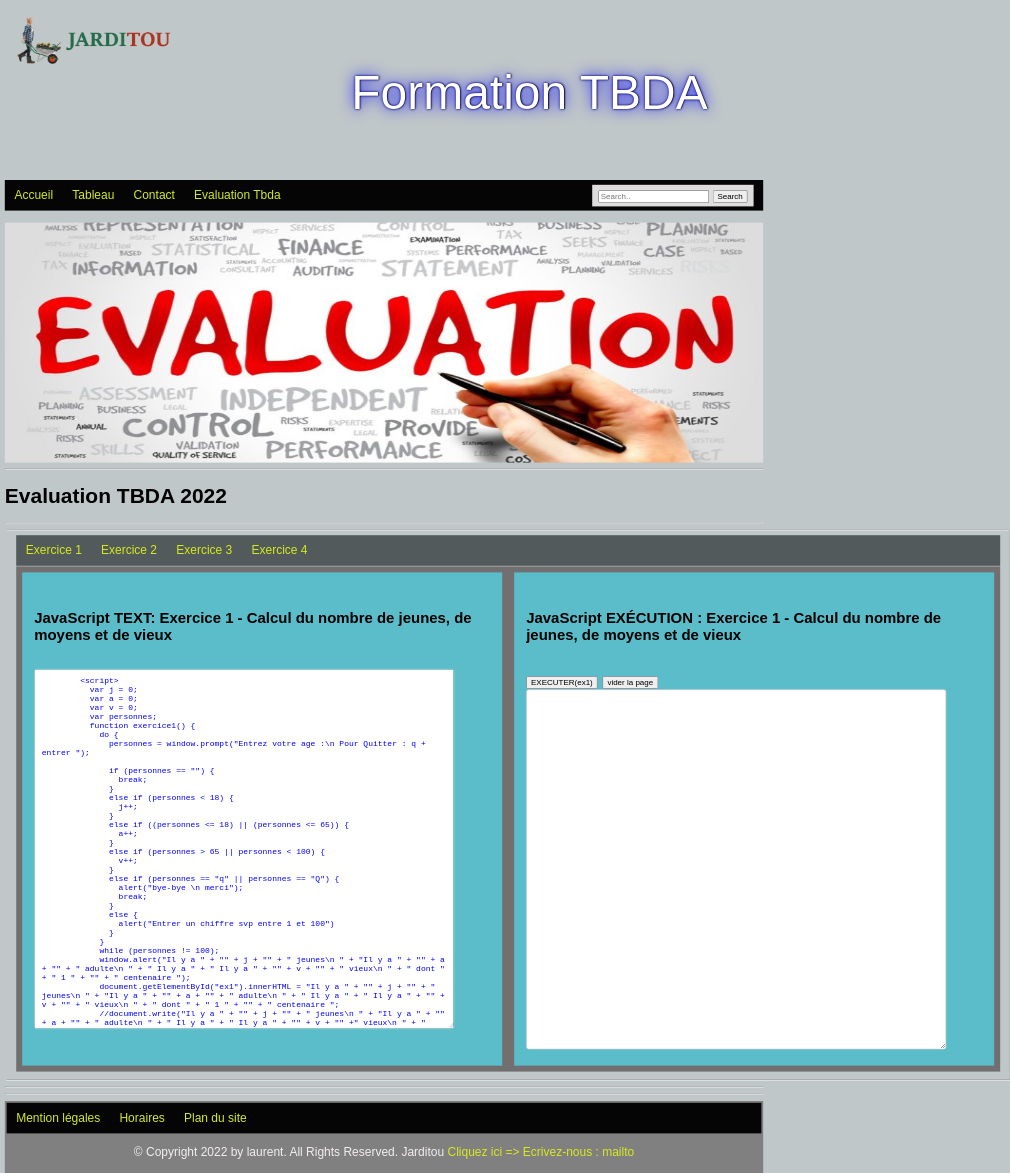
Repository: laurentbul/jarditou
Page: javascript/EvaluationTbda/eval_ex1.html
An editor plug-in stored every save of this project. The page is shown before and after the next save, followed by the edit.
The browser window is 1280 px wide. The page is 1684 px wide, so the pictures cover 1684 px, including what lies to the right of the window. The pictures show the whole page, at 60% of full size.
An inner scrolling area shows only its first screen.

Above is the page before, as saved 2022-12-15 04:42:35.

### javascript/EvaluationTbda/eval_ex1.html
<!DOCTYPE html>
<html lang="fr">

<head>
  <meta charset="UTF-8">
  <meta http-equiv="X-UA-Compatible" content="IE=edge">
  <meta name="viewport" content="width=device-width, initial-scale=1.0">
  <title>cours exercices HTML</title>
  <link rel="stylesheet" href="../assets/css/style.css" />

  <style>
    .flex-container2 {
      display: flex;
      background-color: rgb(114, 111, 113);
      justify-content: center;
    }

    .flex-container2>div {
      background-color: #5cbdca;
      margin: 10px;
      padding: 20px;
      font-size: 30px;
      width: 800px;
    }
  </style>
</head>

<body>
  <div class="flex-container">
    <div class="logo"><img src="../assets/img/jarditou_logo.png" alt="jarditou logo" title="jarditou logo"
        height="80" />
    </div>
    <div>
      <p class="slogan">Formation TBDA </p>
    </div>
  </div>
  <nav>
    <ul>
      <li><a href="../index.html">Accueil</a></li>
      <li><a href="../table.html">Tableau</a></li>
      <li><a href="../contact.html">Contact</a></li>
      <li><a href="../EvaluationTbda/evaluation_tbda.html">Evaluation Tbda</a></li>
      <li class="search-container">
        <div>
          <form action="/action_page.php">
            <input type="text" class="searchinput" placeholder="Search.." name="search" />
            <button type="submit">Search</button>
          </form>
        </div>
      </li>
    </ul>
  </nav>

  <img src="../assets/img/evaluation2.jpg" width="500" height="400" alt="qu'est ce que html" class="imgpromotion"
    title="promotion jarditou" />
  <hr />
  <h1>Evaluation TBDA 2022</h1>
  <hr>
  <fieldset>
    <nav style="padding:1px 0; font-size:20px;">
      <ul style="background-color: #525a5b;">
        <li><a href="eval_ex1.html">Exercice 1 </a></li>
        <li><a href="eval_ex2.html">Exercice 2 </a></li>
        <li><a href="eval_ex3.html">Exercice 3</a></li>
        <li><a href="eval_ex4.html">Exercice 4</a></li>
        </li>
      </ul>
    </nav>
    <div class="flex-container2">
      <div id="code">
        <h5>JavaScript TEXT: Exercice 1 - Calcul du nombre de jeunes, de moyens et de vieux</h5>
        <textarea style="height: 600px;width: 700px; color: blue;">
        <script>
          var j = 0;
          var a = 0;
          var v = 0;
          var personnes;
          function exercice1() {
            do {
              personnes = window.prompt("Entrez votre age :\n Pour Quitter : q + entrer ");

              if (personnes == "") {
                break;
              }
              else if (personnes < 18) {
                j++;
              }
              else if ((personnes <= 18) || (personnes <= 65)) {
                a++;
              }
              else if (personnes > 65 || personnes < 100) {
                v++;
              }
              else if (personnes == "q" || personnes == "Q") {
                alert("bye-bye \n merci");
                break;
              }
              else {
                alert("Entrer un chiffre svp entre 1 et 100")
              }
            }
            while (personnes != 100);
            window.alert("Il y a " + "" + j + "" + " jeunes\n " + "Il y a " + "" + a + "" + " adulte\n " + " Il y a " + " Il y a " + "" + v + "" + " vieux\n " + " dont " + " 1 " + "" + " centenaire ");
            document.getElementById("ex1").innerHTML = "Il y a " + "" + j + "" + " jeunes\n " + "Il y a " + "" + a + "" + " adulte\n " + " Il y a " + " Il y a " + "" + v + "" + " vieux\n " + " dont " + " 1 " + "" + " centenaire ";
            //document.write("Il y a " + "" + j + "" + " jeunes\n " + "Il y a " + "" + a + "" + " adulte\n " + " Il y a " + " Il y a " + "" + v + "" +" vieux\n " + " dont "+ " 1 " + "" + " centenaire ");
          }
          function myFunction() {
            location.reload();
          }
          function reset() {
            document.getElementById("myForm").reset();
          }
        </script>
    </textarea>
      </div>
      <div>
        <h5>JavaScript EXÉCUTION : Exercice 1 - Calcul du nombre de jeunes, de moyens et de vieux</h5>
        <input type="button" onclick="exercice1()" value="EXECUTER(ex1)">
        <input type="button" onclick="myFunction()" value="vider la page">

        <textarea id="ex1" textarea style="height: 600px;width: 700px; color: blue;"></textarea>
      </div>
  </fieldset>
  </div>
  <hr>
  <script>
    var j = 0;
    var a = 0;
    var v = 0;
    var personnes;
    function exercice1() {
      do {
        personnes = window.prompt("Entrez votre age :\n Pour Quitter : q + entrer ");

        if (personnes == "") {
          break;
        }
        else if (personnes < 18) {
          j++;
        }
        else if ((personnes <= 18) || (personnes <= 65)) {
          a++;
        }
        else if (personnes > 65 || personnes < 100) {
          v++;
        }
        else if (personnes == "q" || personnes == "Q") {
          alert("bye-bye \n merci");
          break;
        }
        else {
          alert("Entrer un chiffre svp entre 1 et 100")
        }
      }
      while (personnes != 100);
      window.alert("Il y a " + "" + j + "" + " jeunes\n " + "Il y a " + "" + a + "" + " adulte\n " + " Il y a " + " Il y a " + "" + v + "" + " vieux\n " + " dont " + " 1 " + "" + " centenaire ");
      document.getElementById("ex1").innerHTML = "Il y a " + "" + j + "" + " jeunes\n " + "Il y a " + "" + a + "" + " adulte\n " + " Il y a " + " Il y a " + "" + v + "" + " vieux\n " + " dont " + " 1 " + "" + " centenaire ";
      //document.write("Il y a " + "" + j + "" + " jeunes\n " + "Il y a " + "" + a + "" + " adulte\n " + " Il y a " + " Il y a " + "" + v + "" +" vieux\n " + " dont "+ " 1 " + "" + " centenaire ");
    }
    function myFunction() {
      location.reload();
    }
    function reset() {
      document.getElementById("myForm").reset();
    }
  </script>
  <hr>
  <footer>
    <nav>
      <ul>
        <li><a href="mentionlegale.html">Mention légales</a></li>
        <li><a href="horaire.html">Horaires</a></li>
        <li><a href="plandusite.html">Plan du site</a></li>
      </ul>
    </nav>
    <p style="color: rgb(244, 238, 238);">
      &copy; Copyright 2022 by laurent. All Rights Reserved. Jarditou
      <a href="mailto:dave.loper@afpa.fr" title="Nous contacter">
        Cliquez ici => Ecrivez-nous : mailto
      </a>
    </p>
  </footer>
</body>

</html>

### javascript/assets/css/style.css
body {
  font-family: Arial, Helvetica, sans-serif;
  padding: 0px;
  background-color: rgb(192, 199, 201);
  font-size: 20px;
  height: 1500px;
}
h1{font-size: 35px;
}
h2{font-size: 20px;
}
.flex-container {
  display: flex;
}

.flex-container>div {
  padding: 20px;
}

.jarditou_logo {
  height: 80px;
}

.slogan {
  color: white;
  text-shadow: 1px 1px 2px black, 0 0 25px blue, 0 0 5px darkblue;
  font-size: 40px;
  margin-left: 250px;
  font-size: 80px;
}

ul {
  list-style-type: none;
  margin: 0;
  padding: 0;
  overflow: hidden;
  background-color: rgb(5, 5, 5);
}

li {
  float: left;
}

li a {
  display: block;
  color: white;
  text-align: center;
  padding: 14px 16px;
  text-decoration: none;
}

li a:hover:not(.active) {
  background-color: rgb(240, 10, 10);
}

.active {
  background-color: #4caf50;
}

a:link {
  color: rgb(214, 235, 28);
  background-color: transparent;
  text-decoration: none;
}

ul.a {

  background-color: rgb(179, 167, 167);

  color:rgb(42, 226, 211);

}


aside {
  width: 30%;
  height: 25%px;
  padding-left: 15px;
  float: right;
  font-style: italic;
  background-color: lightgray;
  margin-right: 60px;
  /*display:none */ /*===========correction =======================*/
}



.imgpromotion {
  display: block;
  margin-top: 20px;
  margin-left: auto;
  margin-right: auto;
  width: 100%;
}


footer {
  text-align: center;
  padding: 3px;
  background-color: gray;
  color: white;
}


.search-container {
  float: right;
  padding: 6px 10px;
  margin-top: 8px;
  margin-right: 16px;
  background: #ddd;
  font-size: 20px;
  border: none;
  cursor: pointer;
}


* {
  box-sizing: border-box;
}

input[type=text]:not(.searchinput),
select,
textarea {
  width: 100%;
  padding: 12px;
  border: 1px solid #ccc;
  border-radius: 4px;
  resize: vertical;
}



input[type=submit] {
  display: block;
  margin: 0px;
  width: 100%;
  padding: 12px;
  background-color: rgb(211, 211, 212);
}


input[type=submit]:hover {
  background-color: #d6c82f;
}

.container {
  border-radius: 5px;
  background-color: #af1818;
  padding: 20px;
}

#pays {
  font-size: 20px;
}

#birthday {
  font-size: 20px;
}

table {
  margin-bottom: 50px;
  margin-left: 100px;
}


th,
td {
  border: 1px solid black;
  border-collapse: collapse;
  margin-left: 100px;
  margin-bottom: 10px;
  background-color: #3f3324;
}

th {
  background-color: gray;
}

tr {
  color: azure;
}

table {
  width: 50%;
}

.btncontact {
  height: 45px;
  width: 200px;
  background-color: hsl(127, 4%, 46%);
  font-size: 20px;
  margin-left: 100px;
}

.btncontact:hover {
  background-color: #6ab0d8;
  color: white;
}

/* Responsive layout - when the screen is less than 768px wide, make the two columns stack on top of each other instead of next to each other */
@media screen and (max-width: 768px) {

  body {

    background-color: lavender;
    font-size: 14px;
  }


  .flex-container {
    display: flex;
  }

  .flex-container>div {
    padding: 0px;

  }

  .jarditou_logo {
    height: 80px;
  }

  .slogan {
    color: white;
    text-shadow: 1px 1px 2px black, 0 0 25px blue, 0 0 5px darkblue;
    margin-left: 0px;
    font-size: 40px;
  }

  ul {
    list-style-type: none;
    background-color: #367791;
    width: 768px;
  }

  li {
    background-color: rgb(10, 10, 10);
    display: flex;
    justify-content: center;
    width: 768px;
  }

  li a:hover:not(.active) {
    background-color: rgb(240, 10, 10);
  }

  aside{
    visibility: hidden;
}


}

.error{
  color: rgb(197, 22, 22);
}

After the next save:
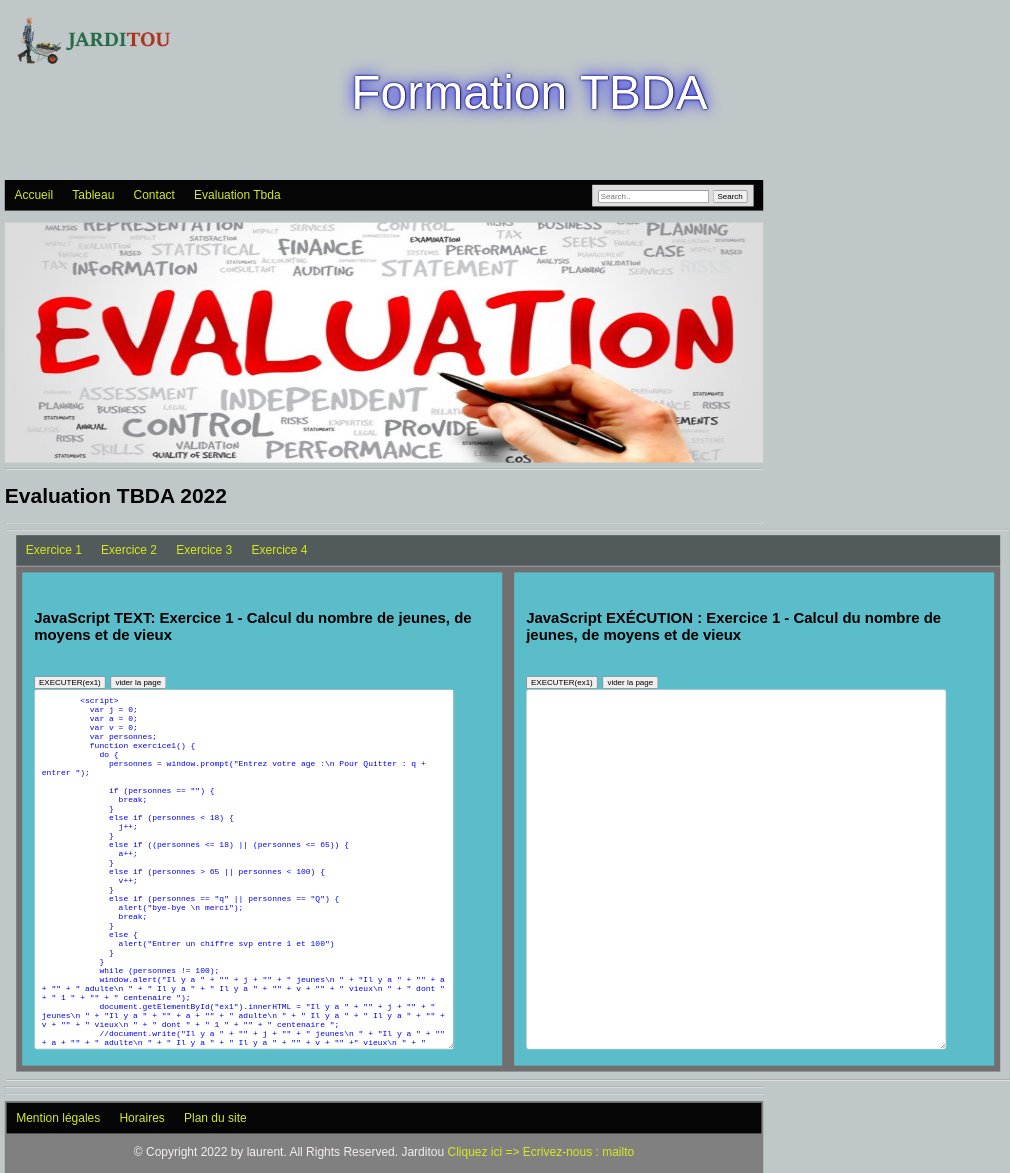
Saved 89 s later.
--- a/javascript/EvaluationTbda/eval_ex1.html
+++ b/javascript/EvaluationTbda/eval_ex1.html
@@ -69,6 +69,8 @@
     <div class="flex-container2">
       <div id="code">
         <h5>JavaScript TEXT: Exercice 1 - Calcul du nombre de jeunes, de moyens et de vieux</h5>
+        <input type="button" onclick="exercice1()" value="EXECUTER(ex1)">
+        <input type="button" onclick="myFunction()" value="vider la page">
         <textarea style="height: 600px;width: 700px; color: blue;">
         <script>
           var j = 0;
@@ -117,7 +119,6 @@
         <h5>JavaScript EXÉCUTION : Exercice 1 - Calcul du nombre de jeunes, de moyens et de vieux</h5>
         <input type="button" onclick="exercice1()" value="EXECUTER(ex1)">
         <input type="button" onclick="myFunction()" value="vider la page">
-
         <textarea id="ex1" textarea style="height: 600px;width: 700px; color: blue;"></textarea>
       </div>
   </fieldset>
